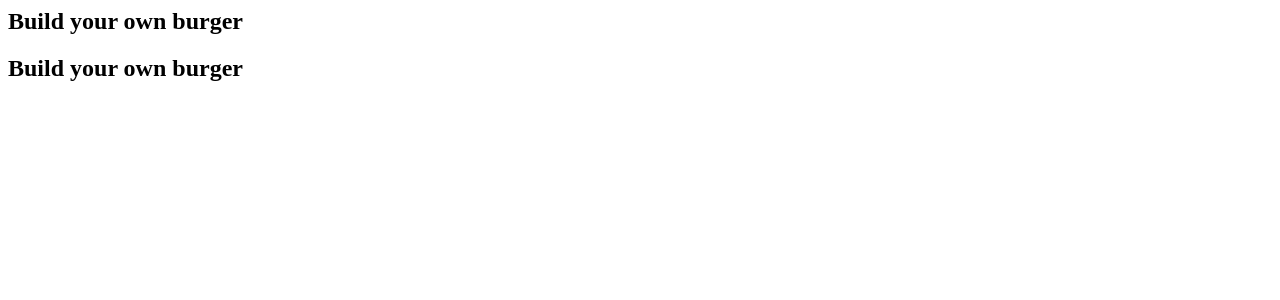
Repository: allankchow/big-boy-burgers
Page: http://localhost/template-parts/home/content-two_cards.php
An editor plug-in stored every save of this project. The page is shown before and after the next save, followed by the edit.
The browser window is 1280 px wide. The pictures show the whole page.
The page is run by PHP 8.4 with error messages shown; the project is at /var/www/html/.

Above is the page before, as saved 2024-04-22 22:10:07.

### template-parts/home/content-two_cards.php
<div class="container cards-wrapper">
    <div class="card">
        <div class="card-image card-image-1"></div>
        <h2>Build your own burger</h2>
    </div>
    <div class="card">
        <div class="card-image card-image-2"></div>
        <h2>Build your own burger</h2>
    </div>
</div>

After the next save:
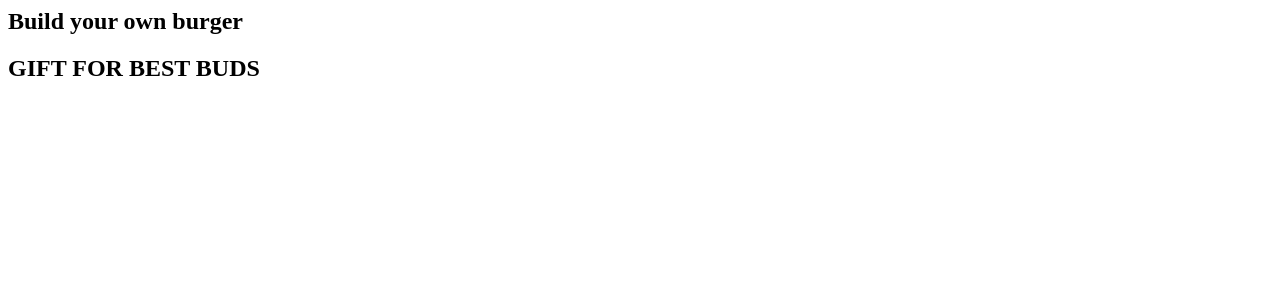
Saved 26 s later.
--- a/template-parts/home/content-two_cards.php
+++ b/template-parts/home/content-two_cards.php
@@ -5,6 +5,6 @@
     </div>
     <div class="card">
         <div class="card-image card-image-2"></div>
-        <h2>Build your own burger</h2>
+        <h2>GIFT FOR BEST BUDS</h2>
     </div>
 </div>
